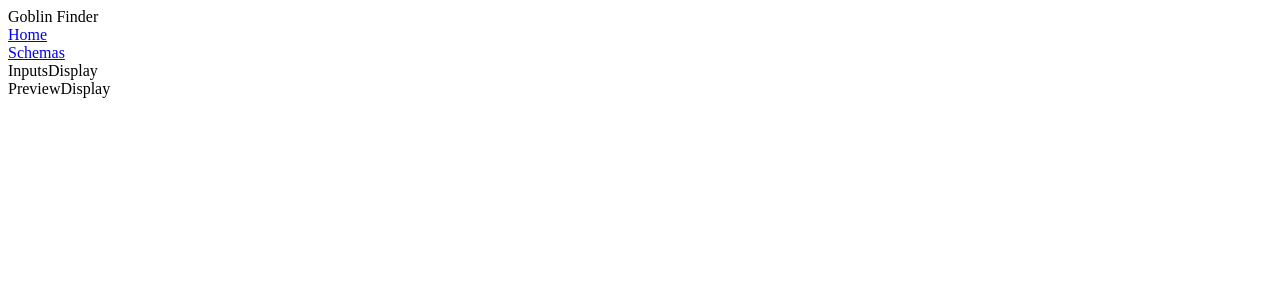
Repository: PseudoDD/DittoData
Page: /
The author's editor kept a copy of each file at every save. The page is drawn from the files as they stood at one save, then again after a run of saves.
The browser window is 1280 px wide. The pictures show the whole page.
The project was rebuilt for these pictures with package versions that can differ from the ones it lists, and the page was loaded fresh each time. Also part of the build but not shown: webpack.config.js, client/containers/MainContainer.jsx, client/components/Login.jsx, client/components/SchemasDisplay.jsx.

Above is the page before, as saved 2022-08-29 20:57:52.

### index.html
<!DOCTYPE html>
<html lang="en">

<head>
  <meta charset="UTF-8">
  <meta http-equiv="X-UA-Compatible" content="IE=edge">
  <meta name="viewport" content="width=device-width, initial-scale=1.0">
  <title>DittoData</title>
</head>

<body>
  <div id="root"></div>
  <script src="./build/bundle.js"></script>
</body>

</html>

### client/index.js
import React from "react";
import { render } from "react-dom";
// import { BrowserRouter, Route, Routes } from "react-router-dom";
// import { createTheme, ThemeProvider } from "@mui/material";
import App from "./App.jsx";

render(
  <App/>,
  document.getElementById("root")
);

### client/App.jsx
import React, {useState} from 'react';
import MainContainer from './containers/MainContainer.jsx';
import { Routes, Route, HashRouter} from "react-router-dom";
import Navbar from './components/Navbar.jsx'
import Home from './components/Dashboard.jsx'
import Login from './components/Login.jsx'
import SchemasDisplay from './components/SchemasDisplay.jsx';

function App() {
  // TODO: Merge with backend login work to setLoggedIn properly
  const [loggedIn, setLoggedIn] = useState(true);

  if(loggedIn) {
    return (
      <div className = "App">
          <HashRouter>
            <Navbar />
            <Routes>
                <Route path = "/" element = {<Home/>}/>
                <Route path = "/schemas" element = {<SchemasDisplay/>}/>
            </Routes>
          </HashRouter>
      </div> )
  } else {
    return (
      <Login />
    )
  }
}



export default App;

### client/components/Navbar.jsx
import React from 'react'
import { Box, Button } from "@mui/material";
import { Link, useNavigate } from 'react-router-dom';

export default function Navbar() {

  return (
    <Box component="span" className="Navbar">
      <Box >Goblin Finder</Box>
      <Box ><Link className="nav-link" to="/">Home</Link></Box>
      <Box ><Link className="nav-link" to="/schemas">Schemas</Link></Box>
    </Box>
  )
}

### client/components/Dashboard.jsx
import React from 'react'
import {Grid, Box} from '@mui/material'
import InputsDisplay from './InputsDisplay.jsx'
import PreviewDisplay from './PreviewDisplay.jsx'

export default function Home() {
  return (
    <>
      <InputsDisplay />
      <PreviewDisplay />
    </>
  )
}

### client/components/InputsDisplay.jsx
import React from 'react'

export default function InputsDisplay() {
  return (
    <div>InputsDisplay</div>
  )
}

### client/components/PreviewDisplay.jsx
import React from 'react'

export default function PreviewDisplay() {
  return (
    <div>PreviewDisplay</div>
  )
}

After the next 2 saves:
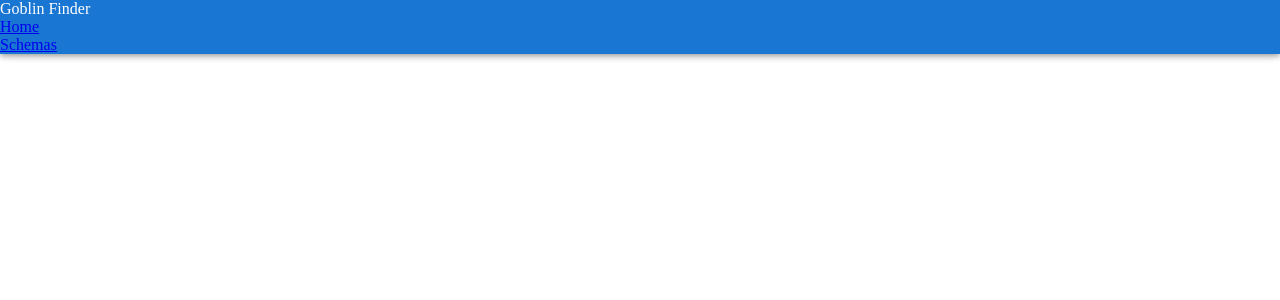
The 2 saves are shown as one change because 1 did not build or start.
The last was saved 13 h 25 min later.
--- a/client/components/Navbar.jsx
+++ b/client/components/Navbar.jsx
@@ -1,14 +1,14 @@
 import React from 'react'
-import { Box, Button } from "@mui/material";
+import { AppBar, Box, Button } from "@mui/material";
 import { Link, useNavigate } from 'react-router-dom';
 
 export default function Navbar() {
 
   return (
-    <Box component="span" className="Navbar">
+    <AppBar component="span" className="Navbar">
       <Box >Goblin Finder</Box>
       <Box ><Link className="nav-link" to="/">Home</Link></Box>
       <Box ><Link className="nav-link" to="/schemas">Schemas</Link></Box>
-    </Box>
+    </AppBar>
   )
 }
